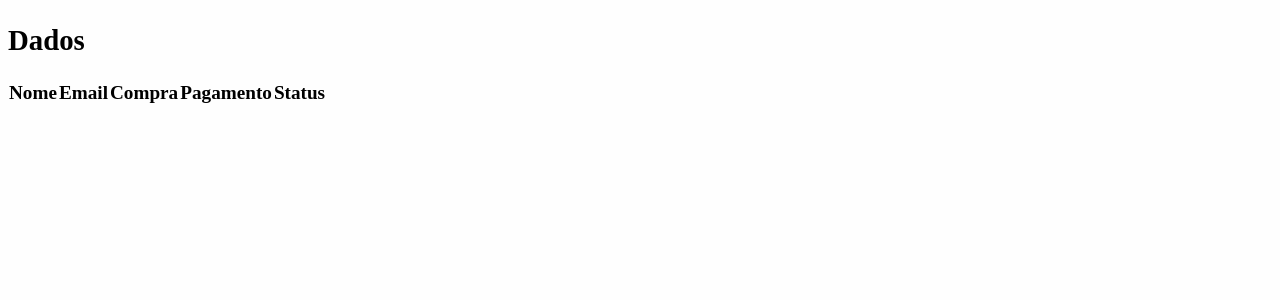
Repository: lucasleitedosreis/exercicios-praticando-typescript
Page: index.html
An editor plug-in stored every save of this project. The page is shown before and after the next save, followed by the edit.
The browser window is 1280 px wide. The pictures show the whole page.
The page's requests for data from a server got no answer.

Above is the page before, as saved 2023-04-15 15:02:26.

After the next save:
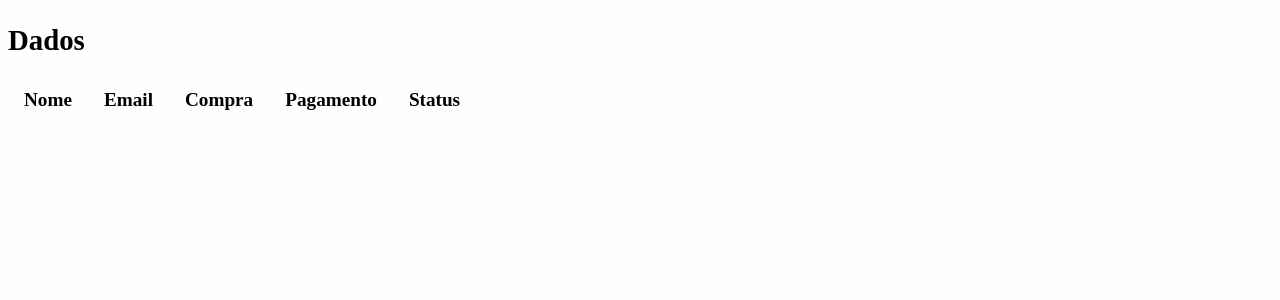
Saved 8 s later.
--- a/src/styles.css
+++ b/src/styles.css
@@ -7,6 +7,7 @@
   border-spacing: 0;
   text-align: left;
 }
-table td {
+table td,
+table th {
   padding: 0.5rem 1rem;
 }

After the save that followed:
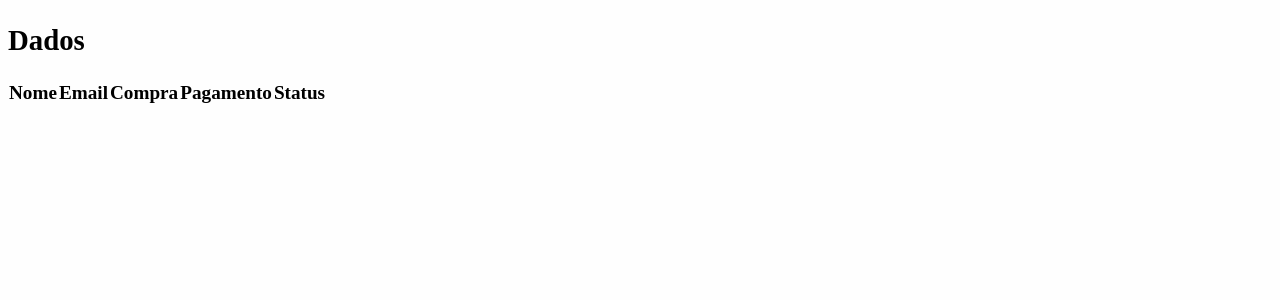
Saved 25 s later.
--- a/src/styles.css
+++ b/src/styles.css
@@ -9,5 +9,5 @@
 }
 table td,
 table th {
-  padding: 0.5rem 1rem;
+  padding: 0.5rem, 1rem;
 }
